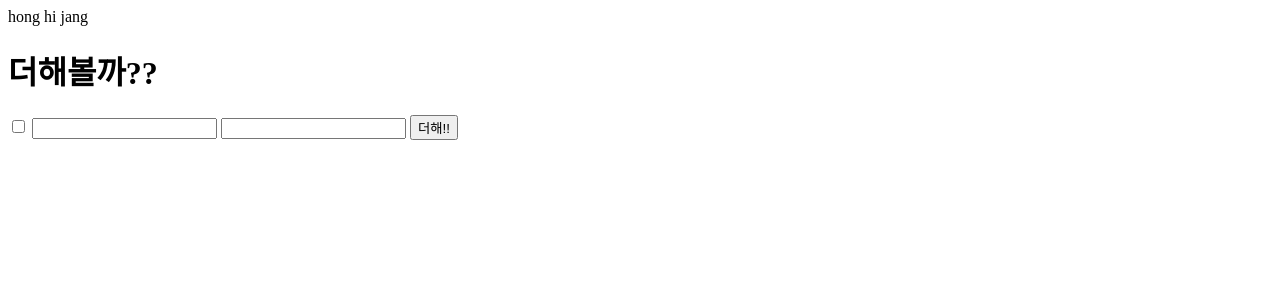
Repository: bgmun01/woorifisa_java
Page: http://localhost/web_day3/
An editor plug-in stored every save of this project. The page is shown before and after the next save, followed by the edit.
The browser window is 1280 px wide. The pictures show the whole page.
The page is served by Tomcat 9.

Above is the page before, as saved 2023-06-16 03:08:19.

After the next save:
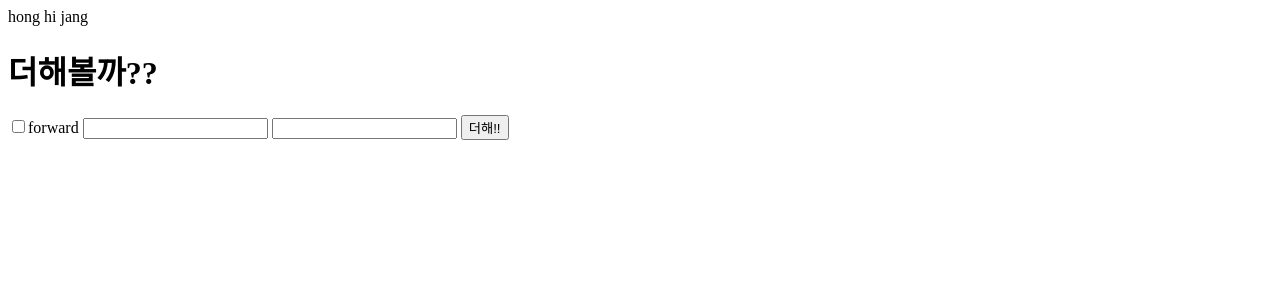
Saved 14 s later.
--- a/web_day3/src/main/webapp/index.jsp
+++ b/web_day3/src/main/webapp/index.jsp
@@ -26,7 +26,7 @@
 
 	<h1>더해볼까??</h1>
 	<form action = "/web_day3/Add" method="get">
-		<input type = "checkbox" name = "type" value = "forward">
+		<input type = "checkbox" name = "type" value = "forward">forward
 		<input name = "num1" type="text">
 		<input name = "num2" type="text">
 		<input type = "submit" value="더해!!">
